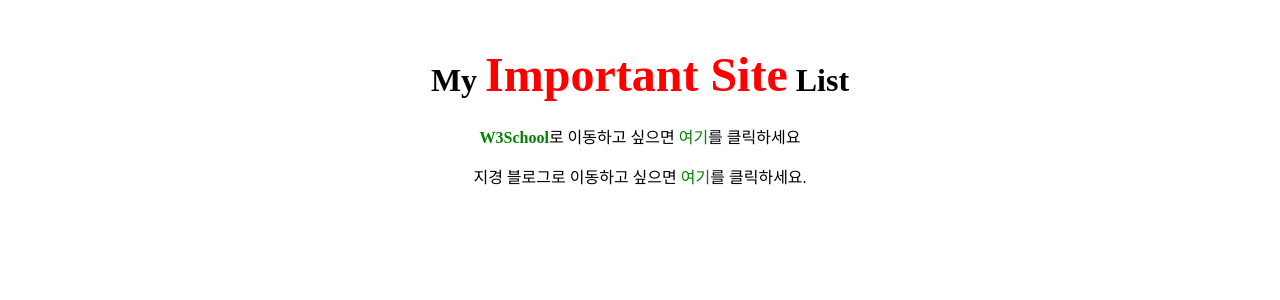
Repository: BaekJiGyeong/JSP
Page: http://localhost/Lesson0203/
An editor plug-in stored every save of this project. The page is shown before and after the next save, followed by the edit.
The browser window is 1280 px wide. The pictures show the whole page.
The page is served by Tomcat 9.

Above is the page before, as saved 2016-02-03 09:40:30.

After the next save:
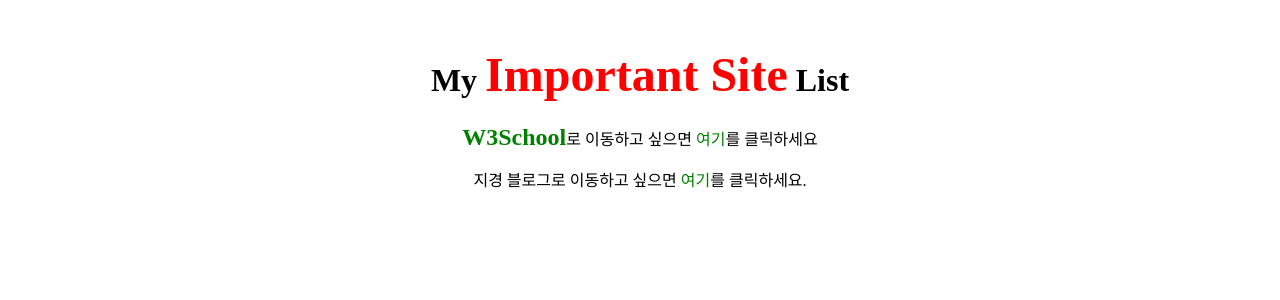
Saved 9 min 5 s later.
--- a/Lesson0203/WebContent/index.jsp
+++ b/Lesson0203/WebContent/index.jsp
@@ -37,7 +37,7 @@ a:active {
 <body align ="center">
 	<br/>
 	<h1> My <span class="note">Important Site</span> List</h1>
-	<p> <span style="color:green; font-weight:bold">W3School</span>로 이동하고 싶으면 <a href="http://www.w3schools.com//">여기</a>를 클릭하세요</p>
+	<p> <span style="color:green; font-size: 150%; font-weight:bold">W3School</span>로 이동하고 싶으면 <a href="http://www.w3schools.com//">여기</a>를 클릭하세요</p>
 	<p>지경 블로그로 이동하고 싶으면 <a href="http://javannspring.tistory.com/">여기</a>를 클릭하세요.</p>
 
 
